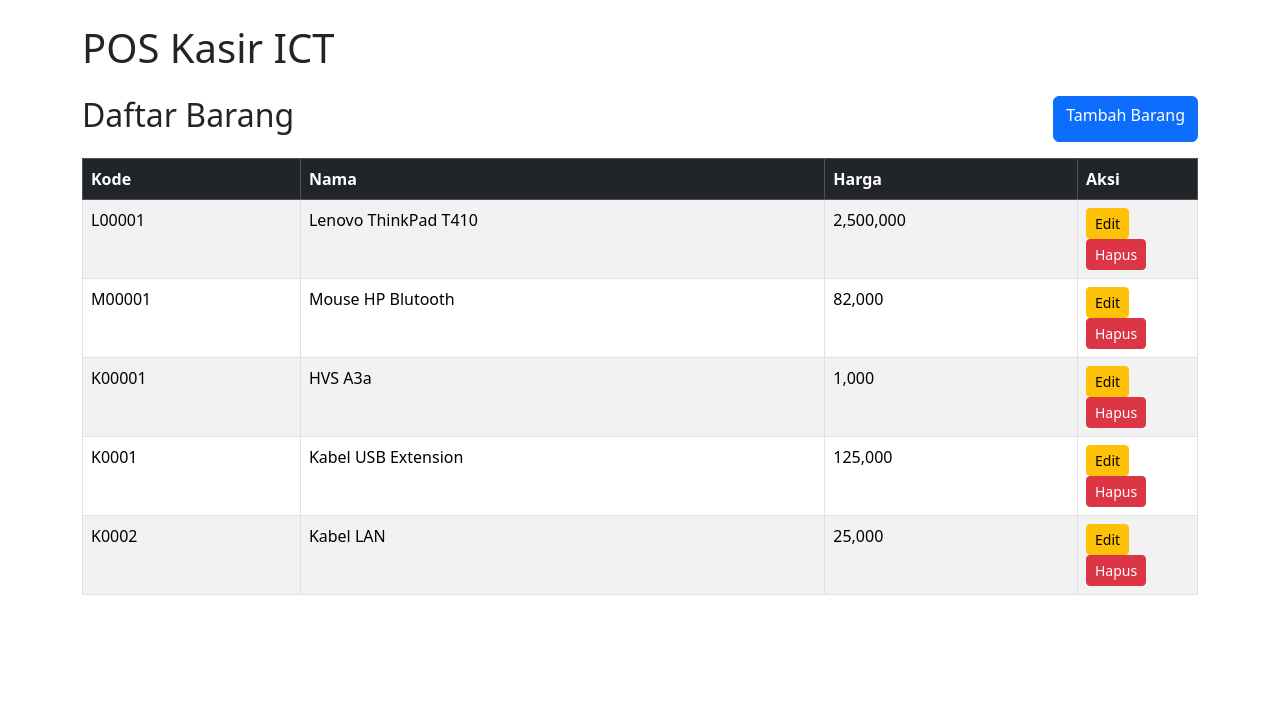
Repository: ekojt7/ekojatmiko_kasir_ict
Page: http://localhost/barangs
An editor plug-in stored every save of this project. The page is shown before and after the next save, followed by the edit.
The browser window is 1280 px wide. The pictures show the whole page.
The page is served by the project's Laravel application, run on PHP 8.4 with Laravel 12. The database holds what the project's SQL file puts in it.

Above is the page before, as saved 2025-08-04 20:23:59.

After the next save:
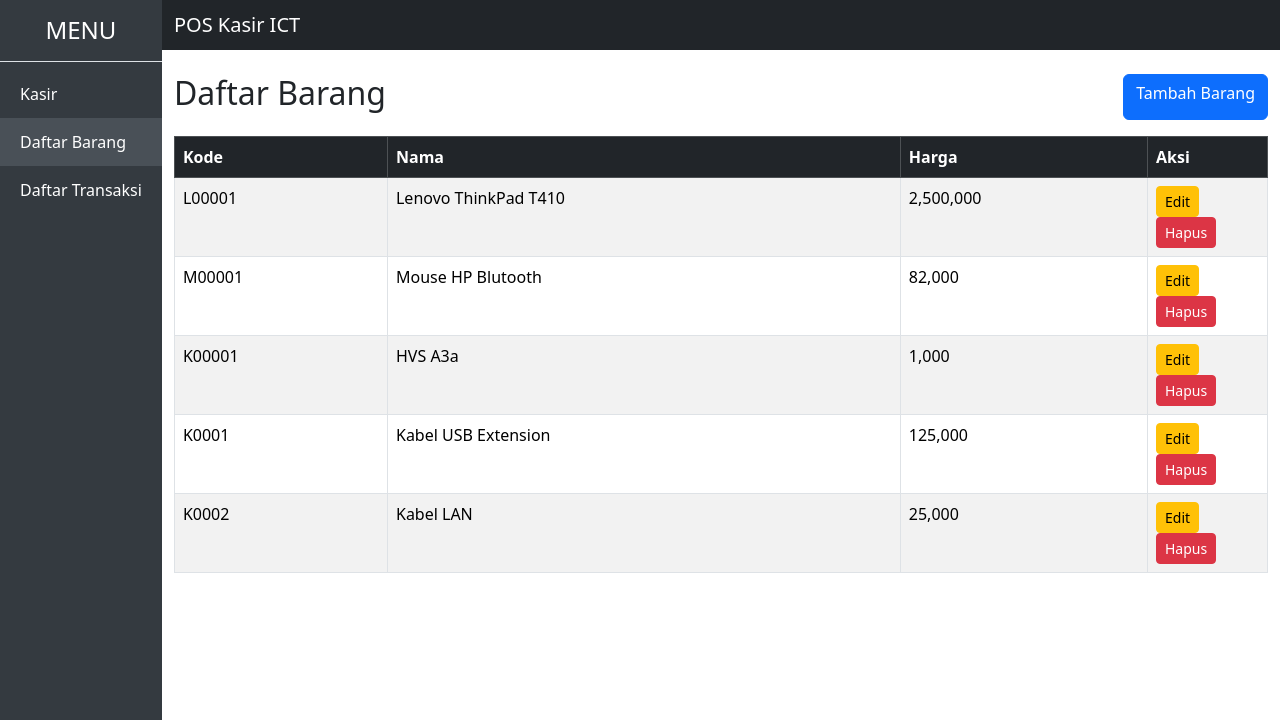
Saved 7 min 19 s later.
--- a/resources/views/layout.blade.php
+++ b/resources/views/layout.blade.php
@@ -3,11 +3,53 @@
 <head>
     <title>POS Kasir ICT</title>
     <link href="https://cdn.jsdelivr.net/npm/bootstrap@5.3.3/dist/css/bootstrap.min.css" rel="stylesheet">
+    <style>
+        body {
+            min-height: 100vh;
+        }
+        .sidebar {
+            min-height: 100vh;
+            background-color: #343a40;
+        }
+        .sidebar a {
+            color: #fff;
+            padding: 12px 20px;
+            display: block;
+            text-decoration: none;
+        }
+        .sidebar a:hover {
+            background-color: #495057;
+        }
+        .active {
+            background-color: #495057;
+        }
+    </style>
 </head>
-<body class="container py-4">
-    <h1 class="mb-4">POS Kasir ICT</h1>
+<body>
+    <div class="d-flex">
+        <!-- Sidebar -->
+        <div class="sidebar">
+            <h4 class="text-white text-center py-3 border-bottom">MENU</h4>
+            <a href="{{ url('/kasir') }}" class="{{ request()->is('kasir') ? 'active' : '' }}">Kasir</a>
+            <a href="{{ route('barangs.index') }}" class="{{ request()->is('barangs*') ? 'active' : '' }}">Daftar Barang</a>
+            <a href="{{ url('/transaksis') }}" class="{{ request()->is('transaksis*') ? 'active' : '' }}">Daftar Transaksi</a>
+        </div>
 
-    @yield('content')
+        <!-- Main Content -->
+        <div class="flex-grow-1">
+            <!-- Navbar -->
+            <nav class="navbar navbar-expand-lg navbar-dark bg-dark">
+                <div class="container-fluid">
+                    <span class="navbar-brand mb-0 h1">POS Kasir ICT</span>
+                </div>
+            </nav>
+
+            <!-- Page Content -->
+            <div class="container-fluid py-4">
+                @yield('content')
+            </div>
+        </div>
+    </div>
 
     <script src="https://cdn.jsdelivr.net/npm/bootstrap@5.3.3/dist/js/bootstrap.bundle.min.js"></script>
 </body>
